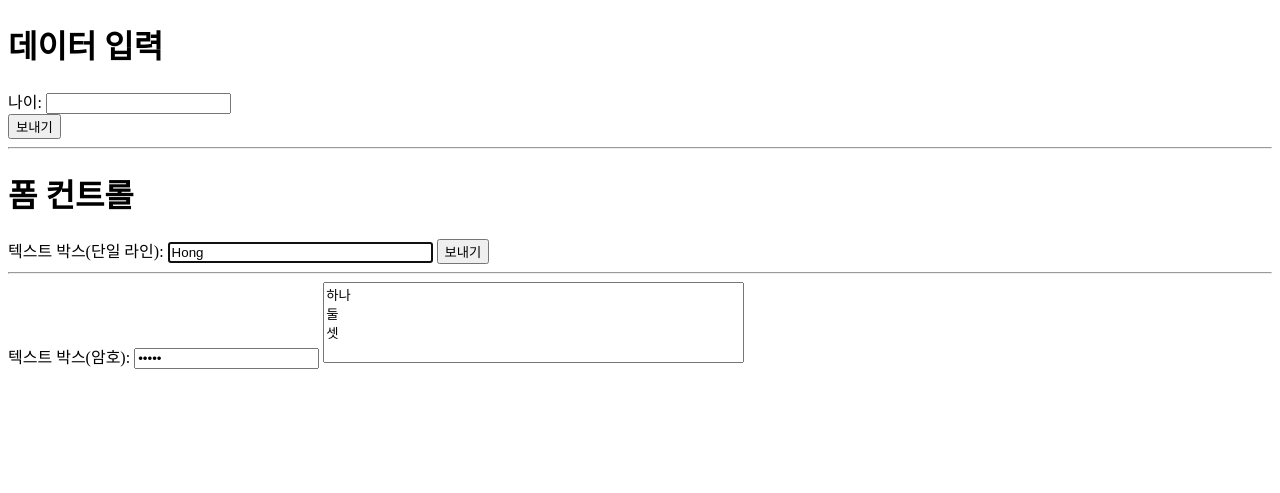
Repository: sinsujung/client
Page: ClientTest/src/main/webapp/html/ex18_form.html
These files come from the project's save history. The page is drawn as it stood at one moment and after the next save; the edit follows.
The browser window is 1280 px wide. The pictures show the whole page.

Above is the page before, as saved 2023-09-21 06:42:46.

After the next save:
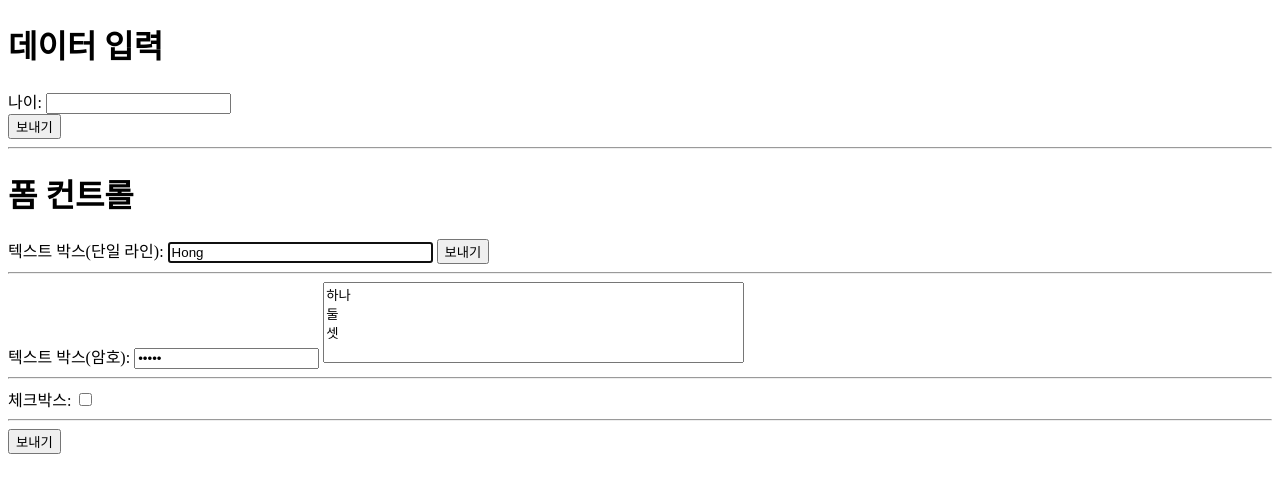
Saved 99 s later.
--- a/ClientTest/src/main/webapp/html/ex18_form.html
+++ b/ClientTest/src/main/webapp/html/ex18_form.html
@@ -110,6 +110,18 @@
 셋
 			</textarea>
 
+			<hr>
+
+			<!--
+				체크박스
+				- 논리값 입력
+			 -->
+			체크박스:
+			<input type="checkbox">
+
+
+			<hr>
+			<input type="submit" value="보내기">
 
 	</form>
 
